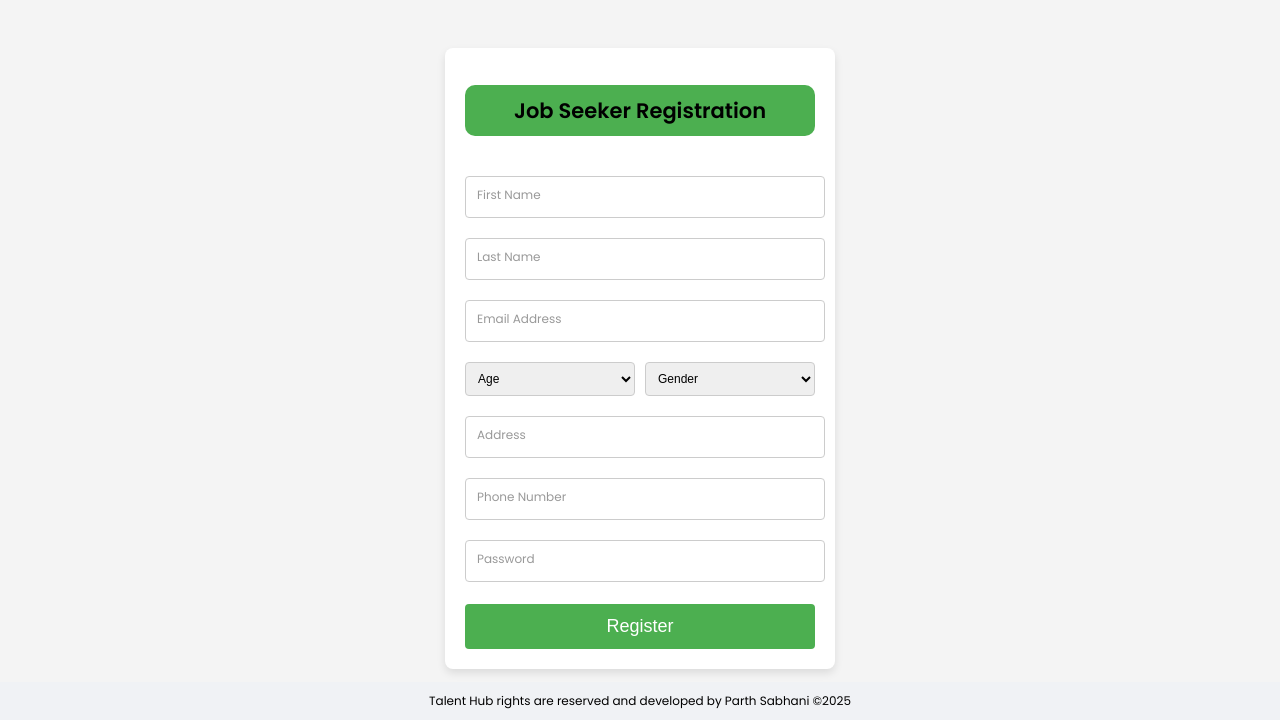
Repository: parthsabhani/Job_Portal_JSP_Servlet
Page: http://localhost/Job_Portal/jobSeekerRegistration.jsp
An editor plug-in stored every save of this project. The page is shown before and after the next save, followed by the edit.
The browser window is 1280 px wide. The pictures show the whole page.
The page is served by Tomcat 10.

Above is the page before, as saved 2025-04-23 04:09:43.

After the next save:
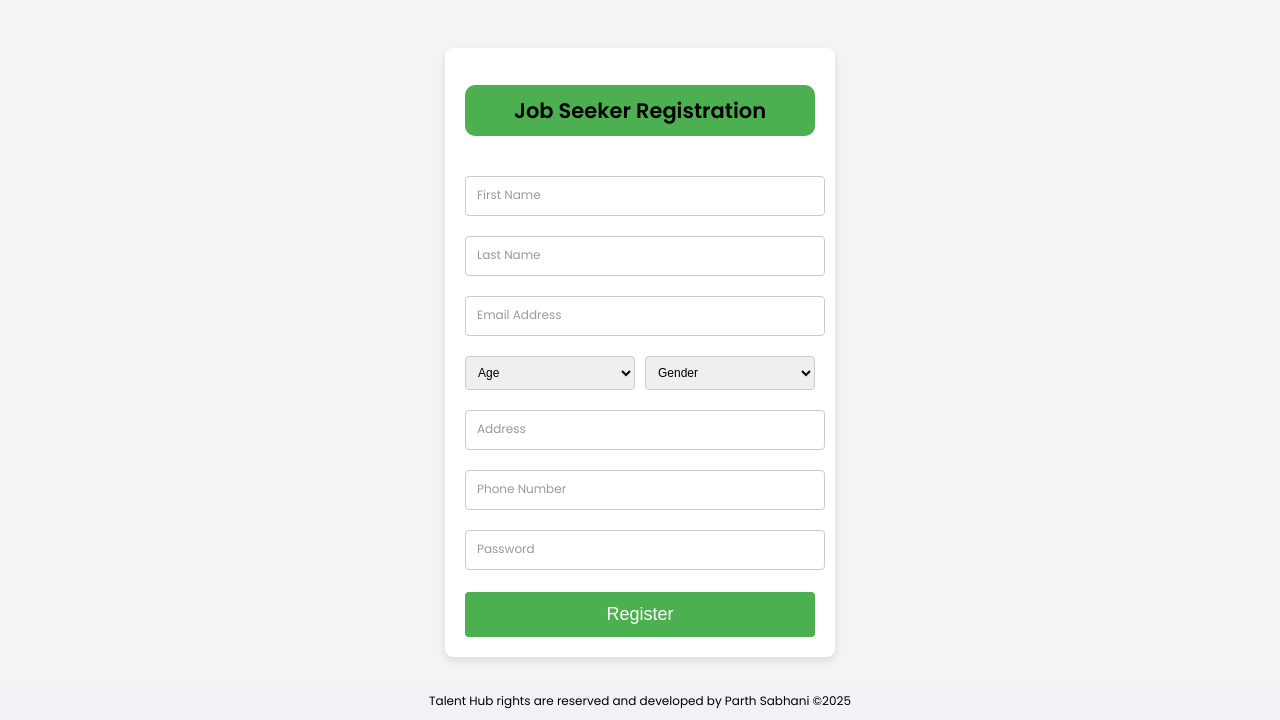
Saved 11 s later.
--- a/Job_Portal/src/main/webapp/jobSeekerRegistration.jsp
+++ b/Job_Portal/src/main/webapp/jobSeekerRegistration.jsp
@@ -61,7 +61,7 @@ input {
 	margin: 0;
 	border: 1px solid #ccc;
 	border-radius: 4px;
-	font-size: 14px;
+	font-size: 12px;
 	width: 100%;
 	background-color: #fff; /* Keep the input background white */
 	z-index: 1; /* Ensure the input stays behind the label */
